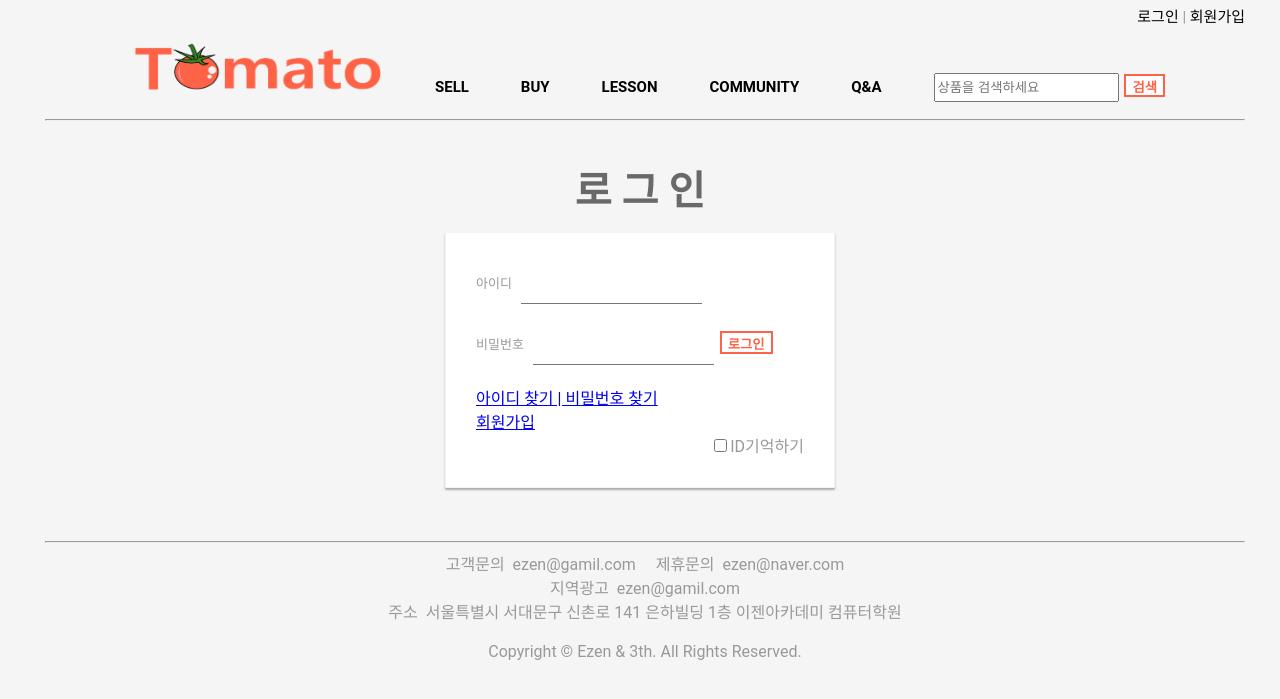
Repository: javadogfoot/semi-project
Page: http://localhost/tomato/member/login.jsp
An editor plug-in stored every save of this project. The page is shown before and after the next save, followed by the edit.
The browser window is 1280 px wide. The pictures show the whole page.
The page is served by Tomcat 9. Other server files are loaded and not shown.

Above is the page before, as saved 2021-10-18 13:27:54.

### semi프로젝트워크스페이스/tomato/src/main/webapp/member/login.jsp
<%@ page language="java" contentType="text/html; charset=UTF-8"
    pageEncoding="UTF-8"%>
<!DOCTYPE html>
<html>
<head>
<meta charset="UTF-8">
<title>Insert title here</title>
<link rel="stylesheet" type="text/css" href="/tomato/css/mainLayout.css">
<style>
body {
      color: #999;
      background: #f5f5f5;
      font-family: 'Roboto';
}
.login-form{
      width: 390px;
      margin: 0 auto;
      padding: 30px 0;
}
.login-form h3{
      color: dimgray;
      font-size: 40px;
      margin: 0 0 15px;
      text-align: center;
}
.login-form form {
      border-radius: 1px;
       margin-bottom: 15px;
        background: #fff;
      border: 1px solid #f3f3f3;
        box-shadow: 0px 2px 2px rgba(0, 0, 0, 0.3);
        padding: 30px;
}
.login-form .form-group {
      margin-bottom: 20px;
}
.login-form label {
      font-weight: normal;
      font-size: 13px;
}
.login-form .form-control {
      min-height: 38px;
      box-shadow: none !important;
      border-width: 0 0 1px 0;
}
.login-form .input-group-addon {
      max-width: 42px;
      text-align: center;
      background: none;
      border-width: 0 0 1px 0;
      padding-left: 5px;
}
#loginbtn1{
   background-color: white;
   color: tomato;
   font-weight: bold;
   height:23px;
   border: none;
   margin:2px;
   border: 2px solid tomato;
}
#loginbtn1:hover{
   background-color: tomato;
   color: white;
   font-weight: bold;
   height:23px;
   border: none;
   margin:2px;
   border: 2px solid tomato;
}
</style>
</head>
<%
Cookie cks[]=request.getCookies();
String saveid="";
if(cks!=null){
   for(int i=0;i<cks.length;i++){
      if(cks[i].getName().equals("saveid")){
         saveid=cks[i].getValue();
      }
   }
}
%>
<body>
<%@include file="/header.jsp" %>
   <section>
      <article>
      <div>
      <div class="login-form">
      <h3> 로 그 인 </h3>

           <form name="login.jsp" method="post" action="login_ok.jsp">
           <div class="form-group">
         <div class="input-group">
              <label>아이디</label>
                 <span class="input-group-addon"></span>
                 <input type="text" class="form-control" name="m_id" id="<%=saveid %>">
           </div>
           </div>
      <div class="form-group">
      <div class="input-group">
              <label>비밀번호</label>
                 <span class="input-group-addon"></span>
                 <input type="password" class="form-control" name="m_pwd">
                 <input type="submit" value="로그인" id="loginbtn1">
           </div>
           </div>
              <tr>
              <div class="text-center">
               <td colspan="2" align="center">
               <a href="find_IdPwd.jsp">아이디 찾기 | 비밀번호 찾기</a><br>
                    <a href="join.jsp">회원가입</a>
                    </td>
                    </div>
                    </tr>

           <div style="text-align:right;">
              <input type="checkbox" name="saveid" value="on"
              <%=saveid.equals("")?"":"checked" %>>ID기억하기
           </div>
           </form>
      </article>
   </section>
<%@include file="/footer.jsp" %>
</body>
</html>

### semi프로젝트워크스페이스/tomato/src/main/webapp/header.jsp
<%@ page language="java" contentType="text/html; charset=UTF-8"
    pageEncoding="UTF-8"%>
<!DOCTYPE html>
<html>
<head>
<meta charset="UTF-8">
<title>Insert title here</title>
<style>

#btn1{
   background-color: white;
   color: tomato;
   font-weight: bold;
   height:23px;
   border: none;
   margin:2px;
   border: 2px solid tomato;
}
#btn1:hovertn1{
   background-color: tomato;
   color: white;
   font-weight: bold;
   height:23px;
   border: none;
   margin:2px;
   border: 2px solid tomato;
}
</style>
</head>
<body>
<header>
<%
String m_id=(String)session.getAttribute("m_id");
String m_name=(String)session.getAttribute("m_name");
if(m_id==null){
   %>
   <div>
   <a href="/tomato/member/login.jsp">로그인</a> | <a href="/tomato/member/join.jsp">회원가입</a>
   </div>
   <%
}else{
      %>
   <div>
   <%
   if(m_id.equals("admin")){
      %>
      <a href="/tomato/admin/memberList_admin.jsp"><%=m_name %>님 마이페이지</a> |
      <%
   }else{
      %>
      <a href="/tomato/member/mypage.jsp"><%=m_name %>님 마이페이지</a> |
      <%
   }
   %>
   <a href="/tomato/member/logout.jsp">로그아웃</a>
   </div>
   <%
}
%>
<nav>
<ul>
   <li><h1><a href="/tomato/index.jsp"><img src="/tomato/img/토마토_메인로고.png" alt="메인로고" height="50px" width="250px"></a></h1></li>
   <li><h2><a href="/tomato/sell/sell.jsp">SELL</a></h2></li>
   <li><h2><a href="/tomato/buy/buyList.jsp?col=s_idx&range=desc">BUY</a></h2></li>
   <li><h2><a href="/tomato/lesson/lessonList.jsp">LESSON</a></h2></li>
   <li><h2><a href="/tomato/community/community.jsp">COMMUNITY</a></h2></li>
   <li><h2><a href="/tomato/qna/qnaList.jsp">Q&A</a></h2></li>
   <li>
		<form name="headerSearch" action="/tomato/buy/headerBuySearch.jsp" style="display: inline;">
			<input type="text" name="searchValue" placeholder="상품을 검색하세요">
			<input type="submit" value="검색" id="btn1">
		</form>
	</li>
</ul>
</nav>
<hr/>
</header>
</body>
</html>

### semi프로젝트워크스페이스/tomato/src/main/webapp/footer.jsp
<%@ page language="java" contentType="text/html; charset=UTF-8"
    pageEncoding="UTF-8"%>
<!DOCTYPE html>
<html>
<head>
<meta charset="UTF-8">
<title>Insert title here</title>
</head>
<body>
<footer>
<hr/>
<div>
고객문의&nbsp;&nbsp;ezen@gamil.com &nbsp;&nbsp;&nbsp;&nbsp;제휴문의&nbsp;&nbsp;ezen@naver.com
<br/>
지역광고&nbsp;&nbsp;ezen@gamil.com
<br/>
주소&nbsp;&nbsp;서울특별시 서대문구 신촌로 141 은하빌딩 1층 이젠아카데미 컴퓨터학원
</div>
<br/>
<div>Copyright &copy; Ezen & 3th. All Rights Reserved.</div>
</footer>
</body>
</html>

### semi프로젝트워크스페이스/tomato/src/main/webapp/css/mainLayout.css
@charset "UTF-8";
body{
   background-color: #f5f4f0;
   margin: 5px auto;
   width: 1200px;
}
header{
   width: 1200px;
   margin: 5px;
}
header div{
   text-align: right;
   font-size: 15px;
}
header div a{
   color: black;
   text-decoration: none;
}
header div a:hover{
   color: black;
   text-decoration: underline;
}
h1{
   font-size: 45px;
   color: tomato;
   display: inline;
}
h1 a{
   text-decoration: none;
   color: tomato;
}
h2{
   color: black;
   display: inline;
   font-size: 15px;
}
h2 a{
   text-decoration: none;
   color: black;
}
header nav li{
   list-style-type: none;
   display: inline;
   color: black;
   margin-left: 48px;
}
header input{

   height: 23px;
}
section{
   width: 1200px;
}
footer{
   width: 1200px;
   clear: both;
   margin: 5px;
   text-align: center;
}

After the next save:
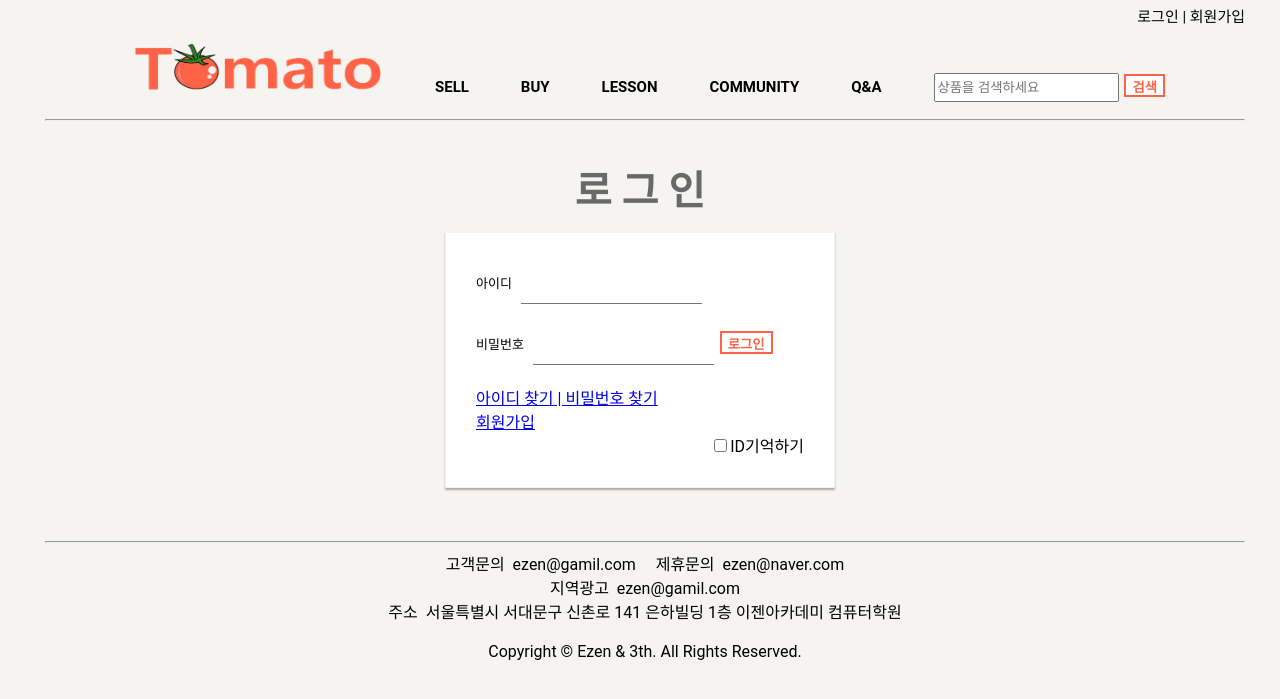
Saved 49 s later.
--- a/semi프로젝트워크스페이스/tomato/src/main/webapp/member/login.jsp
+++ b/semi프로젝트워크스페이스/tomato/src/main/webapp/member/login.jsp
@@ -8,8 +8,6 @@
 <link rel="stylesheet" type="text/css" href="/tomato/css/mainLayout.css">
 <style>
 body {
-      color: #999;
-      background: #f5f5f5;
       font-family: 'Roboto';
 }
 .login-form{
